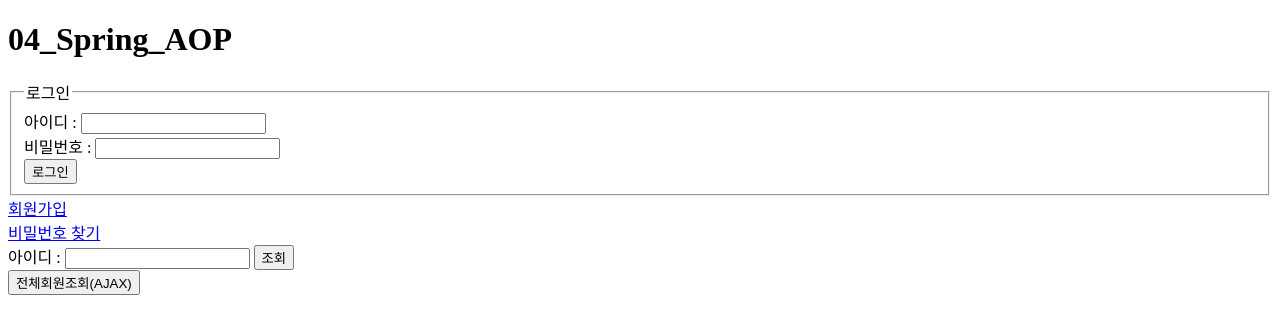
Repository: loseminho/khAcademy-Study
Page: http://localhost/04_Spring_AOP/
An editor plug-in stored every save of this project. The page is shown before and after the next save, followed by the edit.
The browser window is 1280 px wide. The pictures show the whole page.
The page is served by Tomcat 9. Other server files are loaded and not shown.

Above is the page before, as saved 2022-10-12 07:43:40.

### spring/workspace-sts-3.9.13.RELEASE/04_Spring_AOP/src/main/webapp/index.jsp
<%@ page language="java" contentType="text/html; charset=UTF-8"
    pageEncoding="UTF-8"%>
    <%@ taglib uri="http://java.sun.com/jsp/jstl/core" prefix="c" %>
<!DOCTYPE html>
<html>
<head>
<meta charset="UTF-8">
<title>Insert title here</title>
<script src="https://code.jquery.com/jquery-3.6.1.js"></script>
</head>
<body>
	<h1>04_Spring_AOP</h1>
	<c:choose>
		<c:when test="${empty sessionScope.m }">
			<form action="/login.do" method="post">
				<fieldset>
					<legend>로그인</legend>
					아이디 : <input type="text" name="memberId"><br>
					비밀번호 : <input type="password" name="memberPw"><br>
					<input type="submit" value="로그인">
				</fieldset>
			</form>
			<a href="/joinFrm.do">회원가입</a><br>
			<a href="/">비밀번호 찾기</a>
			<form action="/searchMemberId.do">
				아이디 : <input type="text" name="memberId">
				<input type="submit" value="조회">
			</form>
		</c:when>
		<c:otherwise>
			<h2>[${sessionScope.m.memberName }]님 환영합니다.</h2>
			<h3><a href="/boardList.do?reqPage=1">게시판</a></h3>
			<h3><a href="/selectAllMember.do">전체회원조회</a></h3>
			<h3><a href="/logout.do">로그아웃</a></h3>
			<h3><a href="/mypage.do">마이페이지</a></h3>
			<h3><a href="/deleteMember.do?memberId=${sessionScope.m.memberId }">회원탈퇴</a></h3>
			<form action="/searchMemberName.do">
				이름 : <input type="text" name="memberName">
				<input type="submit" value="조회">
			</form>
			<form action="/searchMember1.do" method="post">
				<select name="type">
					<option value="id">아이디</option>
					<option value="name">이름</option>
				</select>
				<input type="text" name="keyword">
				<input type="submit" value="검색">
			</form>
			<hr>
			<h3>아이디 or 이름으로 검색</h3>
			<p>
			아이디만 입력하고 검색하는 경우 아이디로 조회,
			이름만 입력하고 검색하는 경우 이름으로 조회,
			둘 다 입력하고 검색하는 경우 두개 and로 조회
			<form action="/searchMember2.do">
				아이디 : <input type="text" name="memberId">
				이름 : <input type="text" name="memberName">
				<input type="submit" value="검색">
			</form>
			<h3><a href="/idList.do">전체회원 아이디 목록</a></h3>
			<h3><a href="/searchMember4.do">회원조회4</a></h3>
		</c:otherwise>
	</c:choose>
	<button id="allMemberAjax">전체회원조회(AJAX)</button>
	<div id="ajaxResult"></div>

	<script>
		$("#allMemberAjax").on("click",function(){
			$.ajax({
				url: "/ajaxAllMember.do",
				success : function(data){
					console.log(data);
					const table = $("<table>");
					const titleTr = $("<tr>");
					titleTr.html("<th>번호</th><th>아이디</th><th>이름</th>");
					table.append(titleTr);
					for(let i=0;i<data.length;i++){
						const tr = $("<tr>");
						tr.append("<td>"+data[i].memberNo+"</td>");
						tr.append("<td>"+data[i].memberId+"</td>");
						tr.append("<td>"+data[i].memberName+"</td>");
						tr.append("<td>"+data[i].phone+"</td>");
						table.append(tr);
					}
					$("#ajaxResult").html(table);
				}
			});
		});
	</script>
</body>
</html>

After the next save:
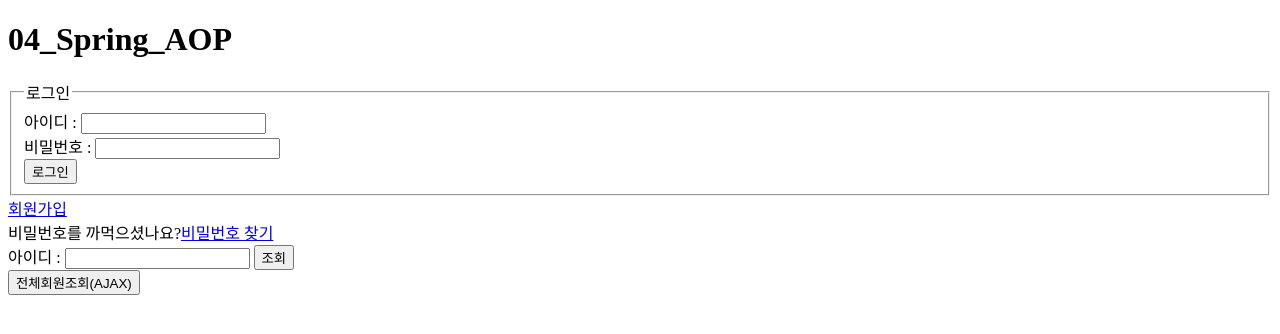
Saved 12 s later.
--- a/spring/workspace-sts-3.9.13.RELEASE/04_Spring_AOP/src/main/webapp/index.jsp
+++ b/spring/workspace-sts-3.9.13.RELEASE/04_Spring_AOP/src/main/webapp/index.jsp
@@ -21,7 +21,7 @@
 				</fieldset>
 			</form>
 			<a href="/joinFrm.do">회원가입</a><br>
-			<a href="/">비밀번호 찾기</a>
+			비밀번호를 까먹으셨나요?<a href="/">비밀번호 찾기</a>
 			<form action="/searchMemberId.do">
 				아이디 : <input type="text" name="memberId">
 				<input type="submit" value="조회">
